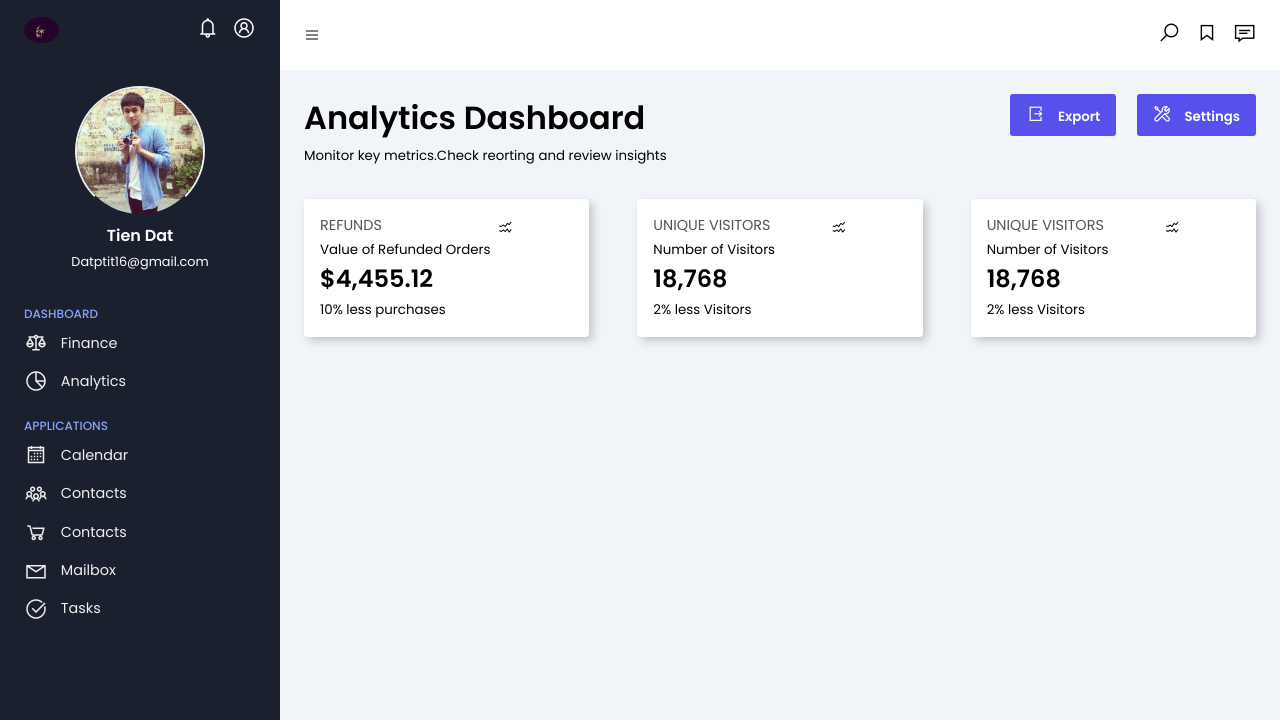
Repository: Datt21/dashboard-fe-project
Page: index.html
The author's editor kept a copy of each file at every save. The page is drawn from the files as they stood at one save, then again after the next save.
The browser window is 1280 px wide. The pictures show the whole page.

Above is the page before, as saved 2021-06-08 18:57:39.

### index.html
<!DOCTYPE html>
<html lang="en">
<head>
    <meta charset="UTF-8">
    <meta http-equiv="X-UA-Compatible" content="IE=edge">
    <meta name="viewport" content="width=device-width, initial-scale=1.0 maxium-scale=1.0">

    <!-- =============== UNICONS =================== -->
    <link rel="stylesheet" href="https://maxst.icons8.com/vue-static/landings/line-awesome/line-awesome/1.3.0/css/line-awesome.min.css">
    <!-- =============== GOOGLE FONT =============== -->

    <!-- =============== CSS ================== -->
    <link rel="stylesheet" href="./assets/css/style.css">

    <title>Tien Dat Admin Dashboard</title>

</head>
<body>
    <!-- ========== SIDEBAR======== -->
    <div class="sidebar">
    <!-- brand -->
         <div class="sidebar__brand">
             <div class="brand__flex">
                 <img src="./img/loGO1.jpg" width="35px" alt="">

                 <div class="brand__icons">
                     <span class="las la-bell"></span>
                     <span class="las la-user-circle"></span>
                 </div>
             </div>
         </div>
    <!-- main -->
         <div class="sidebar__main">
             <div class="sidebar__user">
                 <img src="./img/119942988_206292647508421_8132941228799644311_n.jpg" alt="">
                 <div>
                     <h3> Tien Dat</h3>
                     <span> Datptit16@gmail.com</span>
                 </div>
             </div>
             <div class="sidebar__menu">
                 <div class="menu-head">
                     <span> Dashboard</span>
                 </div>
                 <ul>
                     <li>
                         <a href="">
                         <span class="las la-balance-scale"></span>
                        Finance
                        </a>
                    </li>
                     <li>
                         <a href=""><span class="las la-chart-pie"></span>
                        Analytics
                         </a>
                    </li>
                 </ul>

                 <div class="menu-head">
                    <span> Applications</span>
                </div>
                <ul>
                    <li>
                        <a href="">
                        <span class="las la-calendar"></span>
                       Calendar
                       </a>
                   </li>
                    <li>
                        <a href=""><span class="las la-users"></span>
                       Contacts
                        </a>
                   </li>
                    <li>
                        <a href=""><span class="las la-shopping-cart"></span>
                       Contacts
                        </a>
                   </li>
                    <li>
                        <a href=""><span class="las la-envelope"></span>
                       Mailbox
                        </a>
                   </li>
                    <li>
                        <a href=""><span class="las la-check-circle"></span>
                       Tasks
                        </a>
                   </li>
                </ul>
             </div>
         </div>
    </div>

    <!-- ================== MAIN CONTENT===================== -->
    <div class="main__content">
        <header>
            <div class="menu__toggle">
                <lable for="">
                    <span class="las la-bars"></span>
                </lable>
            </div>

            <div class="hearder__icons">
                <span class="las la-search"></span>
                <span class="las la-bookmark"></span>
                <span class="las la-sms"></span>
            </div>
        </header>

        <main>
            <div class="page__header">
                <div>
                    <h1>Analytics Dashboard</h1>
                    <small>Monitor key metrics.Check reorting and review insights</small>
                </div>

                <div class="header__actions">
                    <button>
                        <span class="las la-file-export"></span>
                        Export
                    </button>
                    <button>
                        <span class="las la-tools"></span>
                        Settings
                    </button>
                </div>
            </div>

            <div class="cards">
                <div class="card__single">
                     <div class="card__flex">
                         <div class="card__info">
                             <div class="card__head">
                                 <span>Refunds</span>
                                 <small>Value of Refunded Orders</small>
                             </div>

                             <h2>$4,455.12</h2>

                             <small>10% less purchases</small>
                         </div>
                         <div class="card-chart">
                             <span class="las la-chart-line"></span>
                         </div>
                     </div>
                </div>

                <div class="card__single">
                     <div class="card__flex">
                         <div class="card__info">
                             <div class="card__head">
                                 <span>Unique Visitors</span>
                                 <small>Number of Visitors</small>
                             </div>

                             <h2>18,768</h2>

                             <small>2% less Visitors</small>
                         </div>
                         <div class="card-chart">
                             <span class="las la-chart-line"></span>
                         </div>
                     </div>
                </div>
                <div class="card__single">
                     <div class="card__flex">
                         <div class="card__info">
                             <div class="card__head">
                                 <span>Unique Visitors</span>
                                 <small>Number of Visitors</small>
                             </div>

                             <h2>18,768</h2>

                             <small>2% less Visitors</small>
                         </div>
                         <div class="card-chart">
                             <span class="las la-chart-line"></span>
                         </div>
                     </div>
                </div>
            </div>
        </main>
    </div>
</body>
</html>

### assets/css/style.css
@import url('https://fonts.googleapis.com/css2?family=Poppins:wght@300;400;500;600&display=swap');

:root{
    --color-main: #1a202e;
}

*{
    font-family: 'Poppins', sans-serif ;
    box-sizing: border-box;
    text-decoration: none;
    list-style-type: none;
    margin: 0;
    padding: 0;
}

.sidebar{
    width: 280px;
    position: fixed;
    left: 0;
    top: 0;
    height: 100%;
    padding: 1rem 1.5rem;
    background: var(--color-main);
    color: #fff;
}

.sidebar__brand{
    height: 70px;
}

.brand__flex{
    display: flex;
    justify-content: space-between;
    align-items: center;
}

.brand__flex img{
    border-radius: 50%;
}

.brand__icons span{
    font-size: 1.5rem;
    margin-left: 0.5rem;
}

.sidebar__user{
    margin: 0rem 0rem 1rem 0rem;
    text-align: center;
}

.sidebar__user img{
    width: 130px;
    height: 130px;
    border-radius: 50%;
    border: 2px solid #efefef;
    border-top: 2px solid #efefef;
    border-left: 2px solid #efefef;
    border-right: 2px solid #efefef;
    border-bottom: 2px solid transparent;
}

.sidebar__user h3{
    font-size: 1rem;
}

.sidebar__user span{
    font-size: .8rem;
}

.sidebar__menu {
    margin-top: 2rem;
}

.menu-head {
    text-transform: uppercase;
    color: #8da2fb;
    font-size: .75rem;
    font-weight: 500;
    margin-bottom: 0.5rem;
}

.sidebar__menu ul{
    margin-bottom: 1.5rem;
}

.sidebar__menu li{
    margin-bottom: 0.9rem;

}

.sidebar__menu li a{
    color: #efefef;
    font-size: .9rem;
    display: flex;
    align-items: center;
}

.sidebar__menu li a span{
    font-size: 1.5rem;
    display: inline-block;
    margin-right: 0.8rem;
}



header{
    height: 70px;
    display: flex;
    justify-content: space-between;
    align-items: center;
    padding: 1rem 1.5rem;
}

.menu__toggle label{
    height: 60px;
    width: 60px;
    display: grid;
    place-items: center;
    font-size: 1.5rem;
    border-radius: 50%;
}

.hearder__icons span{
    display: inline-block;
    margin-left: .7rem;
    font-size: 1.4rem;
}

.menu__toggle label:hover {
    background: #efefef;
}

.main__content{
    margin-left: 280px;
}

main {
    padding: 1.5rem;
    background: #f1f5f9;
    min-height: calc(100vh - 70px);
}

.page__header {
    display: flex;
    justify-content: space-between;
}

.header__actions button {
    outline: none;
    background: #5850ec;
    color: #fff;
    border: none;
    padding: .6rem 1rem;
    margin-left: 1rem;
    border-radius: 3px;
    font-weight: 600;
}

.header__actions button span{
    font-size: 1.2rem;
    margin-right: .6rem;

}

.cards{
    display: grid;
    grid-template-columns: repeat(3, 1fr);
    grid-gap : 3rem;
    padding-top: 2rem;
}

.card__single{
    background: #fff;
    padding: 1rem;
    box-shadow: 4px 4px 10px rgba(0,0,0,0.2) ;
    border-radius: 4px;
}

.card__flex{
    display: grid;
    grid-template-columns: 70% auto;
}

.card__head span{
    display: block;
    text-transform: uppercase;
    color: #555;
    font-size: .9rem;
}

After the next save:
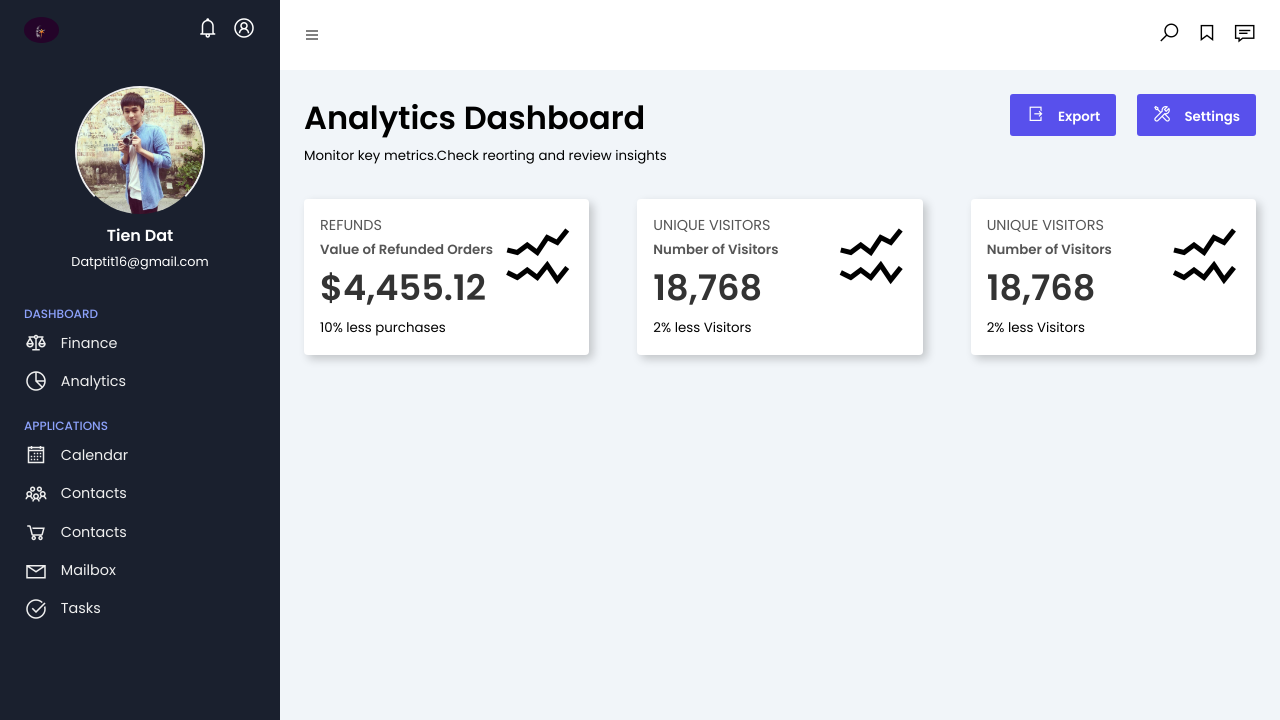
Saved 2 min 16 s later.
--- a/assets/css/style.css
+++ b/assets/css/style.css
@@ -187,3 +187,17 @@ main {
     color: #555;
     font-size: .9rem;
 }
+
+.card__head small{
+    font-weight: 600;
+    color: #555;
+}
+
+.card__info h2{
+    font-size: 2.2rem;
+    color: #333;
+}
+
+.card-chart span{
+    font-size: 5rem;
+}
